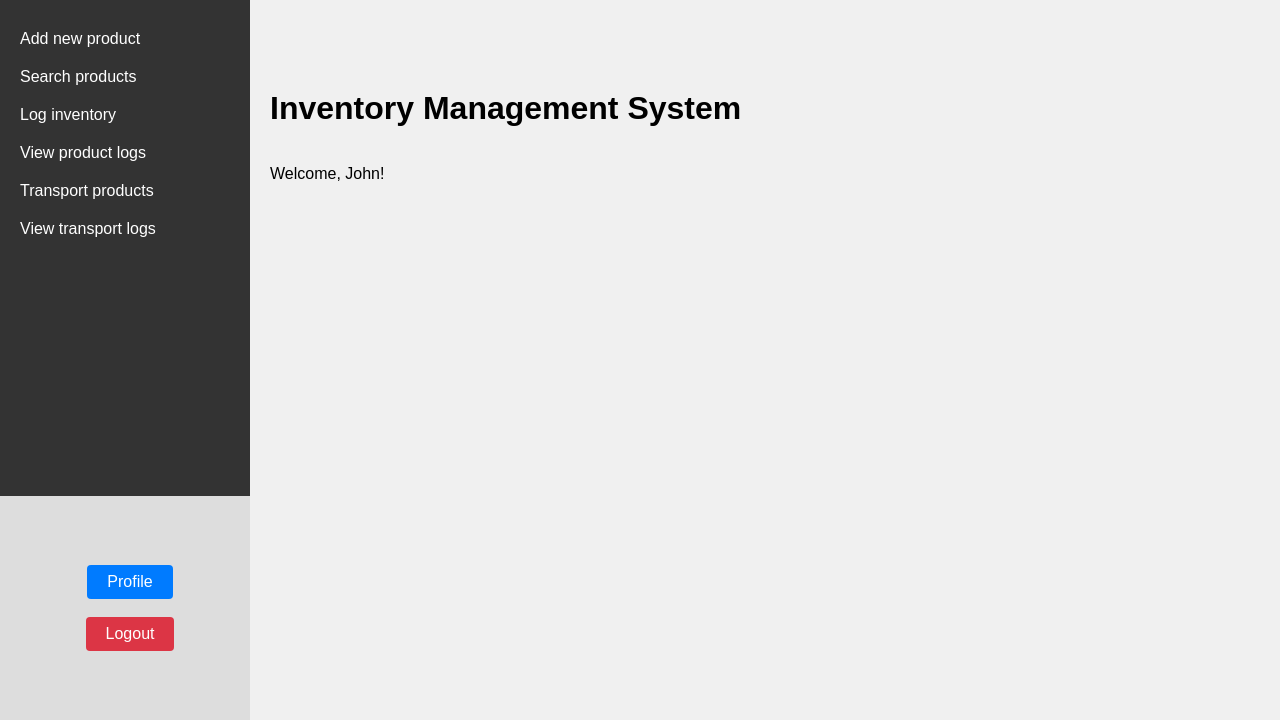
Repository: Warspinix/Flask-Web-Applications
Page: http://localhost/dashboard
The author's editor kept a copy of each file at every save. The page is drawn from the files as they stood at one save, then again after the next save.
The browser window is 1280 px wide. The pictures show the whole page.
The page is served by the project's application, run on Flask 3 (app.py). The session is filled in as if someone had signed in: {"user_id": 1, "first_name": "John"}.

Above is the page before, as saved 2024-06-13 22:35:49.

After the next save:
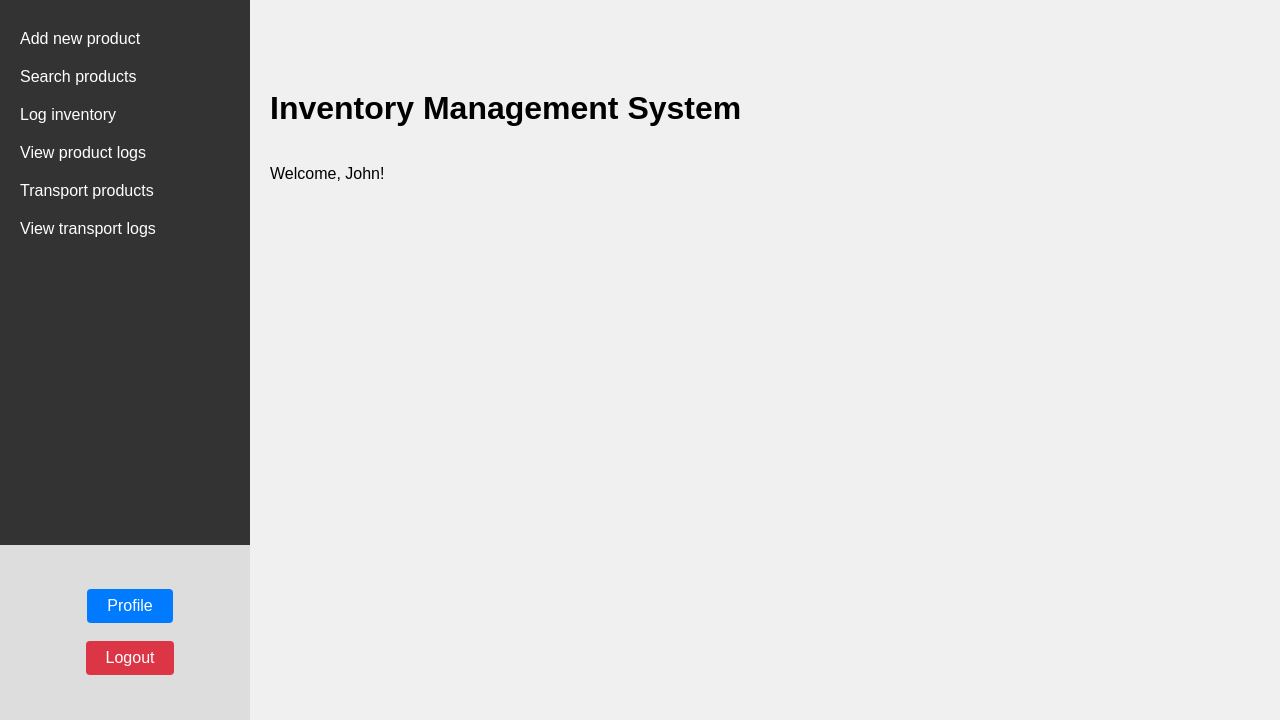
Saved 4 s later.
--- a/static/style.css
+++ b/static/style.css
@@ -86,7 +86,7 @@ h1 {
     justify-content: center;
     text-align: right;
     padding: 10px 40px;
-    height: 35svh;
+    height: 25svh;
 }
 
 .profile-logout a {
